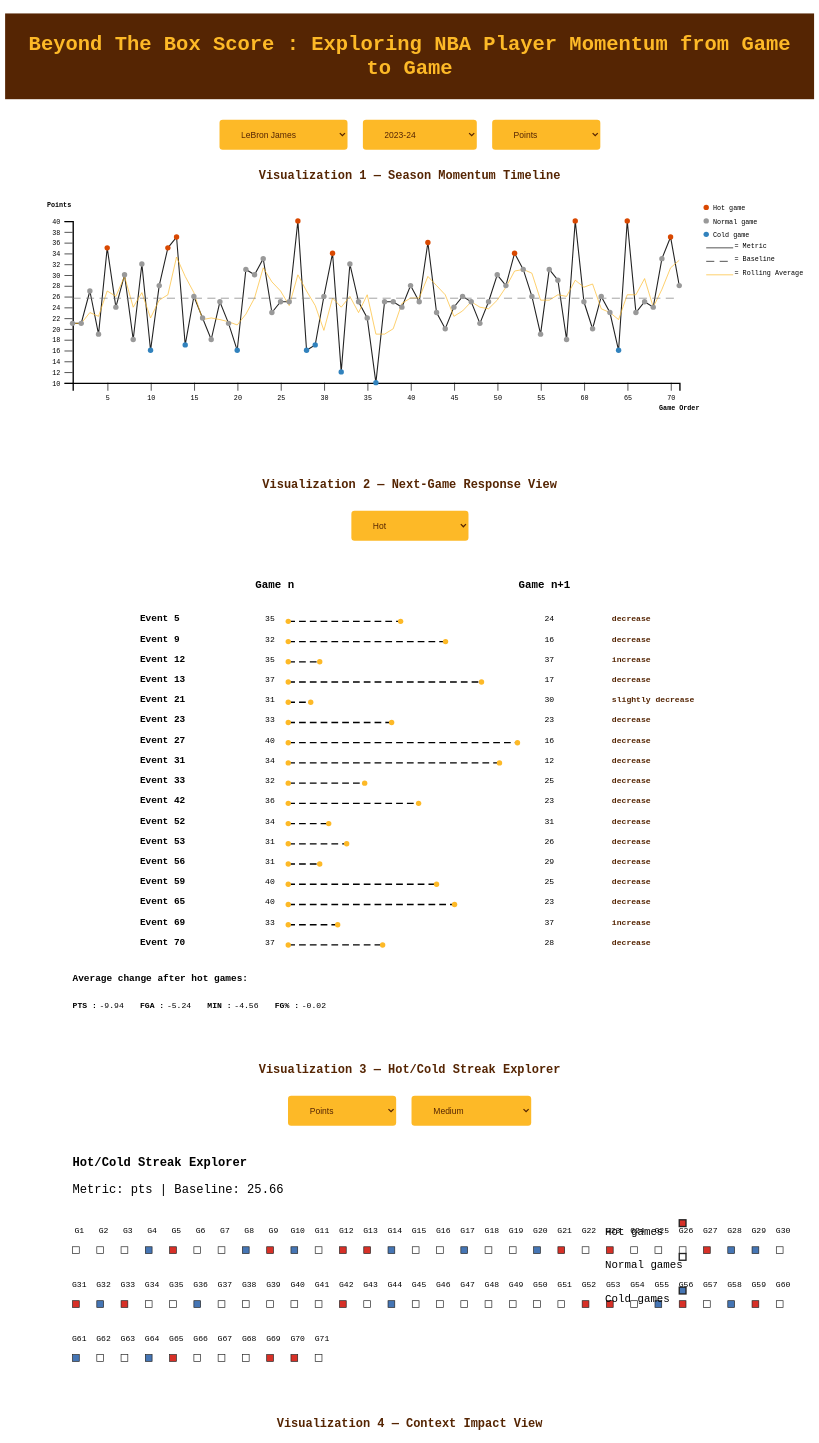
Repository: houdafatih/Data-Viz-Project
Page: index.html
An editor plug-in stored every save of this project. The page is shown before and after the next save, followed by the edit.
The browser window is 1280 px wide. The pictures show the whole page, at 64% of full size.

Above is the page before, as saved 2026-06-21 02:58:21.

### index.html
<!DOCTYPE html>
<html>
   <head>
    <meta charset="UTF-8"/>
    <title>Beyond The Box Score</title>
    <link rel="stylesheet" href="style.css" >
  </head>
  <body>
     <h1>Beyond The Box Score : Exploring NBA Player Momentum from Game to Game</h1>

     <div class="selection">
        <select id="playerSelect">
            <option selected disabled>Select a Player</option>
        </select>

        <select id="seasonSelect">
            <option selected disabled>Select a Season</option>
        </select>

        <select id="metricSelect">
            <option selected disabled>Select a metric</option>
            <option value="pts">Points</option>
            <option value="fga">FGA</option>
            <option value="min">Minutes</option>
            <option value="fg_pct">FG%</option>
            <option value="plus_minus">Plus/Minus</option>
        </select>
     </div>

     <h3>Visualization 1 — Season Momentum Timeline</h3>
     <div id="vizual1"></div>

     <h3>Visualization 2 — Next-Game Response View</h3>
     <div class="selection">
        <select id="performanceSelect">
            <option selected disabled>Select event type</option>
            <option value="all">All</option>
            <option value="hot">Hot</option>
            <option value="cold">Cold</option>
            <option value="normal">Normal</option>
        </select>
     </div>
     <div id="vizual2"></div>

     <h3>Visualization 3 — Hot/Cold Streak Explorer</h3>
     <div class="selection">
        <select id="metricSelectV3">
            <option selected disabled>Select a metric</option>
            <option value="pts">Points</option>
            <option value="fga">FGA</option>
            <option value="min">Minutes</option>
            <option value="fg_pct">FG%</option>
            <option value="plus_minus">Plus/Minus</option>
        </select>
        <select id="thresholdSelect">
        <option selected disabled>Select a threshold</option>
            <option value="loose">Loose</option>
            <option value="medium">Medium</option>
            <option value="strict">Strict</option>
        </select>
     </div>
     <div id="vizual3"></div>


     <h3>Visualization 4 — Context Impact View</h3>
     <div id="vizual4"></div>

  </body>
  <script src="https://d3js.org/d3.v7.min.js"></script>
  <script type="module" src="index.js"></script>
</html>

### style.css
body{
    padding: 0px;
}
h1{
  text-align: center;
  font-size: 2rem;
  font-family: "Courier New", Courier, monospace;
  color : #fdb927;
  background-color: #552503;
  padding: 30px;

}
.selection{
    text-align: center;
}
select{
    margin: 10px;
    padding: 15px 30px;
    border-radius: 5px;
    border: none;
    background: #fdb927;
    color:#552503;

}
select option:hover{
    background-color: #fdb927;
}



h3{
    color: #552503;
    font-family: "Courier New", Courier, monospace;
    text-align: center;
}
.tick{
    font-size: 5px;
}
line{
    stroke-width: 0.5px;
}
.label{
    color: #552503;
    font-family: "Courier New", Courier, monospace;
    font-weight: bold;
}

.tooltip{
    position: fixed;
    background: wheat;
    border: 1px solid #ccc;
    padding: 10px;
    font-size: 15px;
    opacity: 0;
    pointer-events: none;

}
text{
    font-family: "Courier New", Courier, monospace;
}
.tooltip2{
    position: fixed;
    background: #fdb927;
    border: 1px solid #ccc;
    padding: 10px;
    font-size: 15px;
    visibility: hidden;
    pointer-events: none;
}
.line2{
    stroke-width: 1px;
}

### index.js
import {playersData,seasonData} from "./scripts/utils.js";
import { drawVisualization1 } from "./scripts/visualization1.js";
import { drawVisualization2 } from "./scripts/visualization2.js";
import { drawVisualization3 } from "./scripts/visualization3.js";

d3.csv("data/nba.csv").then(function(data){

   data.forEach(element => {
        element.player_id = +element.player_id
        element.game_index = +element.game_index
        element.pts = +element.pts
        element.fga = +element.fga
        element.min = +element.min
        element.fg_pct = +element.fg_pct
        element.plus_minus = +element.plus_minus
        element.next_pts = +element.next_pts
        element.next_fga = +element.next_fga
        element.next_min = +element.next_min
        element.next_fg_pct = +element.next_fg_pct
        element.rolling_pts_avg_3 = +element.rolling_pts_avg_3
        element.baseline_pts = +element.baseline_pts
        element.pts_diff_from_baseline = +element.pts_diff_from_baseline
        element.streak_length = +element.streak_length
   });

   playersData(data)
   seasonData(data)

   const nba_data = data

   d3.select("#playerSelect").property("value",nba_data[0].player_name)

   d3.select("#seasonSelect").property("value",nba_data[0].season_year)

   d3.select("#metricSelect").property("value","pts")

   d3.select("#performanceSelect").property("value","hot")

   d3.select("#metricSelectV3").property("value","pts")

   d3.select("#thresholdSelect").property("value","medium")

   updateVisualizations(nba_data)


   d3.select("#playerSelect").on("change",() => updateVisualizations(nba_data))
   d3.select("#seasonSelect").on("change",() => updateVisualizations(nba_data))
   d3.select("#metricSelect").on("change",() => updateVisualizations(nba_data))
   d3.select("#performanceSelect").on("change",() => updateVisualizations(nba_data))
   d3.select("#metricSelectV3").on("change",() => updateVisualizations(nba_data))
   d3.select("#thresholdSelect").on("change",() => updateVisualizations(nba_data))

})

function updateVisualizations(nba_data){
    const player = d3.select("#playerSelect").property("value")
    const season = d3.select("#seasonSelect").property("value")
    const metric = d3.select("#metricSelect").property("value")

    const eventT = d3.select("#performanceSelect").property("value")

    const metricv3 = d3.select("#metricSelectV3").property("value")
    const threshold =d3.select("#thresholdSelect").property("value")

    if(player === "Select a Player" || season === "Select a Season" || metric === "Select a metric"){
        return
    }

    let data_filter = nba_data.filter(d => d.player_name === player && d.season_year == season)
    drawVisualization1(data_filter,"#vizual1",metric)

    if(eventT === "Select event type"){
        return
    }
    drawVisualization2(data_filter,"#vizual2",metric,eventT)

    if(metricv3 === "Select a metric" || threshold === "Select a threshold"){
        return
    }
    drawVisualization3(data_filter,"#vizual3",metricv3,threshold)
}

### scripts/utils.js
export function playersData(data){
    const players_list = [...new Set(data.map(dt => dt.player_name))]

    d3.select("#playerSelect").selectAll(".players-options").data(players_list)
    .enter().append("option").attr("class","players-options").attr("value",dt=>dt).text(dt => dt)
}

export function seasonData(data){
    const seasons_list = [...new Set(data.map(dt => dt.season_year))]
    d3.select("#seasonSelect").selectAll(".seasons-options").data(seasons_list)
    .enter().append("option").attr("class","seasons-options").attr("value",dt=>dt).text(dt => dt)
}

### scripts/visualization1.js
export function drawVisualization1(data,id,metric){
     if(data.length === 0) {
        clearCanvas(id)
        return
    }
     const canvas = createCanvas()

     clearCanvas(id)

     const svg = addSvg(id,canvas)
     const sc = addScales(data,canvas,metric)

     addAxes(svg,sc,canvas)
     addMetricLine(svg,sc,data,metric)
     addAverageLine(svg,sc,data,metric)
     addBaselineLine(svg,sc,data,metric)
     addPoints(svg,sc,data,metric)
     addLabels(svg,canvas,metric)

     addLegends(svg,canvas)
}

function createCanvas(){
    return{
        width : 600, height: 200, margin:{top: 20,right:100, bottom:60, left:50}
    }
}

function clearCanvas(id){
    d3.select(id).html("")
}

function addSvg(id,canvas){
    return d3.select(id).append("svg").attr("viewBox",`0 0 ${canvas.width} ${canvas.height}`)
}

function addScales(data,canvas,metric){
    const xScale =
    d3.scaleLinear().domain(d3.extent(data,dt => dt.game_index))
    .range([canvas.margin.left,canvas.width - canvas.margin.right])

    const yScale =
      d3.scaleLinear().domain([d3.min(data,d => d[metric]),d3.max(data,d => d[metric])])
      .nice().range([canvas.height - canvas.margin.bottom,canvas.margin.top])

    return {xScale,yScale}
}

function addAxes(svg, scales, canvas){
    svg.append("g").attr("transform",`translate(0, ${canvas.height - canvas.margin.bottom})`)
    .call(d3.axisBottom(scales.xScale))

    svg.append("g").attr("transform",`translate(${canvas.margin.left},0)`)
    .call(d3.axisLeft(scales.yScale))
}

function addMetricLine(svg,scales,data,metric){
    let line = d3.line().x(d => scales.xScale(d.game_index)).y(d => scales.yScale(d[metric]))

    svg.append("path").datum(data).attr("fill","none").attr("stroke","#222")
     .attr("stroke-width",0.8).attr("d",line)
}

function addAverageLine(svg,scales,data,metric){
    if(metric != "pts") return
    let avg_line = d3.line().x(d => scales.xScale(d.game_index)).y(d => scales.yScale(d.rolling_pts_avg_3))

    svg.append("path").datum(data).attr("fill","none").attr("stroke","#fdb927")
     .attr("stroke-width",0.5).attr("d",avg_line)
}

function addBaselineLine(svg,scales,data,metric){

    let base_line = d3.mean(data,d => d[metric])


    svg.append("line")
    .attr("x1",scales.xScale(d3.min(data,dt => dt.game_index))).attr("x2",scales.xScale(d3.max(data,dt => dt.game_index)))
    .attr("y1",scales.yScale(base_line)).attr("y2",scales.yScale(base_line))
    .attr("stroke","#777").attr("stroke-dasharray","6 4")
}

function addPoints(svg,scales,data,metric){
    const tooltip = toolTip()

    svg.selectAll("circle").data(data).enter()
     .append("circle").attr("class","game-pt")
     .attr("cx", d => scales.xScale(d.game_index))
     .attr("cy",d => scales.yScale(d[metric]))
     .attr("r",2).attr("fill",d => colorPoint(d.performance_label))
     .on("mouseover",function(event,d){
        d3.select(this).attr("r",3)
        tooltip.style("opacity",1).html(tooltipInformations(d))
     })
     .on("mousemove",function(event){
        tooltip.style("left",event.clientX+15+"px")
          .style("top",event.clientY-20+"px")
     })
     .on("mouseout",function(){
        d3.select(this)
        .attr("r",2)
        tooltip.style("opacity",0)
     })
     //.on("click",function(event,d){
       // highlightGameandNextGame(svg,data,d)
    // })



}

function colorPoint(perf){
    if(perf === "hot") return "#d94801"
    if(perf === "cold") return "#3182bd"
    return "#999"
}

function addLabels(svg,canvas,metric){
    svg.append("text").attr("class","label")
    .attr("x",canvas.width - 100).attr("y",canvas.height-40)
    .attr("text-anchor","middle").attr("font-size","5px")
    .text("Game Order")

    svg.append("text").attr("class","label")
    .attr("x",40).attr("y",10)
    .attr("text-anchor","middle").attr("font-size","5px")
    .text(metricName(metric))
}

function metricName(metric){
    if(metric === "pts") return "Points"
    if(metric === "fga") return "Field Goal Attempts"
    if(metric === "min") return "Minutes"
    if(metric === "fg_pct") return "Field Goal Percentage"
    if(metric === "plus_minus") return "Plus / Minus"
}

function addLegends(svg,canvas){
    const lg = svg.append("g").attr("transform",
        `translate(${canvas.width - canvas.margin.right+20},${canvas.margin.top-10})`)


    lg.append("circle").attr("cx",0).attr("cy",0).attr("r",2).attr("fill","#d94801")
    lg.append("text").attr("x",5).attr("y",2).text("Hot game").attr("font-size","5px")

    lg.append("circle").attr("cx",0).attr("cy",10).attr("r",2).attr("fill","#999")
    lg.append("text").attr("x",5).attr("y",12).text("Normal game").attr("font-size","5px")

    lg.append("circle").attr("cx",0).attr("cy",20).attr("r",2).attr("fill","#3182bd")
    lg.append("text").attr("x",5).attr("y",22).text("Cold game").attr("font-size","5px")


    lg.append("line").attr("x1",0).attr("x2",20).attr("y1",30).attr("y2",30)
    .attr("stroke","black").attr("stroke-width",2)
    lg.append("text").attr("x",21).attr("y",30).text(" = Metric").attr("font-size","5px")

    lg.append("line").attr("x1",0).attr("x2",20).attr("y1",40).attr("y2",40)
    .attr("stroke","black").attr("stroke-dasharray","6 4")
    lg.append("text").attr("x",21).attr("y",40).text(" = Baseline").attr("font-size","5px")

    lg.append("line").attr("x1",0).attr("x2",20).attr("y1",50).attr("y2",50)
    .attr("stroke-width",2).attr("stroke","#fdb927")
    lg.append("text").attr("x",21).attr("y",50).text(" = Rolling Average").attr("font-size","5px")
}

function toolTip(){
    let tooltip = d3.select("body").select(".tooltip")
    if(tooltip.empty()){
        tooltip = d3.select("body").append("div").attr("class","tooltip")
    }

    return tooltip
}

function tooltipInformations(data){
    return `<strong> Game ${data.game_index} </strong><br>
            Date : ${data.game_date}<br>
            Home/Away : ${data.home_away}<br>
            Points : ${data.pts}<br>
            Minutes : ${data.min}<br>
            FGA : ${data.fga}<br>
            Next Game Points : ${data.next_pts}<br>`
}

function highlightGameandNextGame(svg,data,selected){
    const nextG = data.find(d => d.game_index === selected.game_index + 1)

    svg.selectAll(".game-point").attr("r",8).attr("stroke","none").attr("opacity",0.4)

    svg.selectAll(".game-point").filter(d => d.game_index === selected.game_index)
    .attr("stroke","black").attr("stroke-width",3).attr("r",5).attr("opacity",1)

    if(nextG){
        svg.selectAll(".game-point").filter(d => d.game_index === nextG.game_index)
       .attr("stroke","#3182bd").attr("stroke-width",3).attr("r",8).attr("opacity",1)
    }
}

### scripts/visualization2.js
export function drawVisualization2(data,id,metric,eventT){
    if(data.length === 0) {
        clearCanvas(id)
        return
    }


     let new_data = createData(data,metric)

     if(eventT !== "all"){
        new_data = new_data.filter(d => performance_filter(d.current_g,data,metric) === eventT)
     }

     const canvas = createCanvas(new_data)

     clearCanvas(id)

     const svg = addSvg(id,canvas)

     draw_Header(svg,200,400)
     draw_Rows(svg,new_data,200,400,canvas.margin,15)
     addSummaryCard(svg,new_data,eventT,canvas)

}
function createCanvas(new_data){
    return{
        width : 600, height: 100 + new_data.length *16 , margin:{top: 20,right:100, bottom:60, left:50}
    }
}

function clearCanvas(id){
    d3.select(id).html("")
}

function addSvg(id,canvas){
    return d3.select(id).append("svg").attr("viewBox",`0 0 ${canvas.width} ${canvas.height}`)
}

function createData(data,metric){
   const new_data = data.slice().sort((a,b) => a.game_index - b.game_index)

   return new_data.slice(0,-1).map((d,j) => {
      const nextG = new_data[j+1]

      return {
        eventN: j+1,
        game_idx : d.game_index,
        nextg_index : nextG.game_index,
        current_v: d[metric],
        next_v : nextG[metric],
        difference : nextG[metric] - d[metric],
        current_g : d,
        next_g : nextG
      }
   })
}

function draw_Header(svg,left,right){
    svg.append("text").attr("x",left).attr("y",30)
    .attr("text-anchor","middle").attr("font-weight","bold").attr("font-size","8px").text("Game n")

    svg.append("text").attr("x",right).attr("y",30)
    .attr("text-anchor","middle").attr("font-weight","bold").attr("font-size","8px").text("Game n+1")

}

function draw_Rows(svg,new_data,left,right,margin,r_height){
    const tooltip = toolTip2(new_data)

    const rows = svg.selectAll(".response-row").data(new_data).enter()
     .append("g").attr("class","response-row")
     .attr("transform",(d,j) => `translate(0,${margin.top+j*r_height})`)

    rows.append("text").attr("x",100).attr("y",35).text(d =>`Event ${d.eventN}` )
     .attr("font-size","7px").attr("font-weight","bold")
    rows.append("text").attr("x",left).attr("y",35).attr("text-anchor","end").text(d => d.current_v).attr("font-size","6px")

    const line_scale = d3.scaleLinear().domain([0,d3.max(new_data, d => Math.abs(d.difference))]).range([20,180])

    rows.append("line").attr("x1",left+10).attr("class","line2")
    .attr("x2",d => { const l= line_scale(Math.abs(d.difference))
        return left+l

    })
    .attr("y1",35).attr("y2",35).attr("stroke","black").attr("stroke-dasharray","5 3")
    .on("mouseover",function(event,d){
        tooltip.style("visibility","visible").html(tooltipInformations2(d))
     })
     .on("mousemove",function(event){
        tooltip.style("left",event.clientX+15+"px")
          .style("top",event.clientY-20+"px")
     })
     .on("mouseout",function(){
        tooltip.style("visibility","hidden")
     })

    rows.append("circle").attr("cx",left+10).attr("cy",35).attr("r",2).attr("fill","#fdb927")
    rows.append("circle").attr("cx",d => { const l= line_scale(Math.abs(d.difference))
        return left+l

    }).attr("cy",35).attr("r",2).attr("fill","#fdb927")

    rows.append("text").attr("x",right).attr("y",35).text(d => d.next_v).attr("font-size","6px")

    rows.append("text").attr("x",right+50).attr("y",35).text(d => difference_label(d.difference))
    .attr("font-size","6px").attr("fill","#552503").attr("font-weight","bold")

}

function difference_label(diff){
    if(diff > 1) return "increase"
    if(diff < -1) return "decrease"
    if(diff < 0) return "slightly decrease"
    if(diff > 0) return "slightly increase"
    return "stable"
}

function performance_filter(d,data,metric){
   const bLine = d3.mean(data,dt => dt[metric])
   const th = Math.abs(bLine) * 0.2
   const dv = d[metric] - bLine

   if(dv > th) return "hot"
   if(dv < -th) return "cold"
   return "normal"
}

function addSummaryCard(svg,new_data,eventT,canvas){

    svg.append("text").attr("x",50).attr("y",canvas.height-50)
    .attr("font-weight","bold").text(`Average change after ${eventT} games:`).attr("font-size","7px")

    const metrics_change = new_data.map(d => {
        const pts = d.current_g["next_pts"] - d.current_g["pts"]
        const fga = d.current_g["next_fga"] - d.current_g["fga"]
        const min = d.current_g["next_min"] - d.current_g["min"]
        const fg_pct = d.current_g["next_fg_pct"] - d.current_g["fg_pct"]

        return {"pts":pts,"fga":fga,"min":min,"fg_pct":fg_pct}
    })

    const means = [
        {"avg":d3.mean(metrics_change,d => d.pts),"name":"PTS"},
        {"avg":d3.mean(metrics_change,d => d.fga),"name":"FGA"},
        {"avg":d3.mean(metrics_change,d => d.min),"name":"MIN"},
        {"avg":d3.mean(metrics_change,d => d.fg_pct),"name":"FG%"}
    ]

    means.forEach((element,i) => {
        let position = canvas.margin.left+i*50
        svg.append("text").attr("x",position).attr("y",canvas.height-30)
        .attr("font-size","6px").attr("font-weight","bold")
        .text(`${element.name} : `)
        svg.append("text").attr("x",position+20).attr("y",canvas.height-30)
        .attr("font-size","6px")
        .text(`${element.avg.toFixed(2)}`)

    });

}

function toolTip2(){
    let tooltip = d3.select("body").select(".tooltip2")
    if(tooltip.empty()){
        tooltip = d3.select("body").append("div").attr("class","tooltip2")
    }

    return tooltip
}

function tooltipInformations2(data){
    console.log(data)
    return `<strong> Game n - Date: ${data.current_g["game_date"]} </strong><br>
            <strong> Game n - Opponent: ${data.current_g["opponent"]} </strong><br>
            <strong> Game n - Points: ${data.current_g["pts"]} </strong><br>
            <strong> Game n+1 - Date: ${data.next_g["game_date"]} </strong><br>
            <strong> Game n+1 - Opponent: ${data.next_g["opponent"]} </strong><br>
            <strong> Game n+1 - Points: ${data.next_g["pts"]} </strong><br>
    `
}

### scripts/visualization3.js

const colors_labels = [
    {lab:"Hot games",color:"#d73027"},
    {lab:"Normal games",color:"#fff"},
    {lab:"Cold games",color:"#4575b4"}
]
export function drawVisualization3(data,id,metric,threshold){
     if(data.length === 0) {
        clearCanvas(id)
        return
    }
     const canvas = createCanvas()

     clearCanvas(id)

     const svg = addSvg(id,canvas)

     const baseline_classif = calculateBaselineAndClassifyGames(data,metric)
     const scale = colorScale()

     addTitle(svg,canvas,baseline_classif.baseline,metric)

     addLablels(svg,baseline_classif.classification,canvas)

     addCells(svg,baseline_classif.classification,canvas,scale)

     addLegends(svg,canvas)

}

function createCanvas(){
    return{
        width : 600, height: 200, margin:{top: 20,right:100, bottom:60, left:50}
    }
}

function clearCanvas(id){
    d3.select(id).html("")
}

function addSvg(id,canvas){
    return d3.select(id).append("svg").attr("viewBox",`0 0 ${canvas.width} ${canvas.height}`)
}

function calculateBaselineAndClassifyGames(data,metric)
{
  const baseline = d3.mean(data,dt=> dt[metric])

  const classification = data.map((d,j)=> {
    let perf_label = ""
    if(d[metric] > baseline + 5){
        perf_label = "hot"
    }else if(d[metric] < baseline - 5){
        perf_label = "cold"
    }
    else perf_label = "normal"

    return {
        ...d,
        g_num : j+1,
        perf_label:perf_label,
        difference : d[metric] - baseline
    }
  })

    return{
        baseline : baseline,
        classification : classification
    }
}

function colorScale(){
    const color_sc = d3.scaleOrdinal()
    .domain(["hot","normal","cold"])
    .range(["#d73027","#fff","#4575b4"])
    return color_sc
}

function addTitle(svg,canvas,baseline,metric){
    svg.append("text").attr("x",canvas.margin.left).attr("y",25).attr("font-size","9px")
    .attr("font-weight","bold").text("Hot/Cold Streak Explorer")

    svg.append("text").attr("x",canvas.margin.left).attr("y",45).attr("font-size","9px")
    .text(`Metric: ${metric} | Baseline: ${baseline.toFixed(2)}`)
}

function addLablels(svg, classification,canvas){
    const num = 30
    svg.selectAll(".game-label").data(classification).enter().append("text").attr("class","game-label")
    .attr("x",(d,j) => canvas.margin.left + (j%num) * 18 + 10 /2).attr("y",(d,j) => 75 + (Math.floor(j/num))*40)
    .attr("text-anchor","middle").attr("font-size","6px").text(d => `G${d.g_num}`)
}

function addCells(svg, classification,canvas,scale){
    const num = 30
    svg.selectAll(".game-cell").data(classification).enter().append("rect").attr("class","game-cell")
    .attr("x",(d,j) => canvas.margin.left + (j%num) * 18).attr("y",(d,j) => 85 + (Math.floor(j/num))*40).attr("width",5).attr("height",5)
    .attr("fill",d => scale(d.perf_label)).attr("stroke","#222").attr("stroke-width",0.5)
}

function addLegends(svg,canvas){
    svg.selectAll(".legend-rec").data(colors_labels).enter().append("rect").attr("class",".legend-rec")
    .attr("x",canvas.width - 100).attr("y",(d,j) => 65 + j * 25)
    .attr("width",5).attr("height",5).attr("fill",d => d.color).attr("stroke","#222")

    svg.selectAll(".legend-tex").data(colors_labels).enter().append("text").attr("class",".legend-tex")
    .attr("x",canvas.width-155).attr("y",(d,j) => 76 + j * 25).attr("font-size","8px").text(d => d.lab)
}

After the next save:
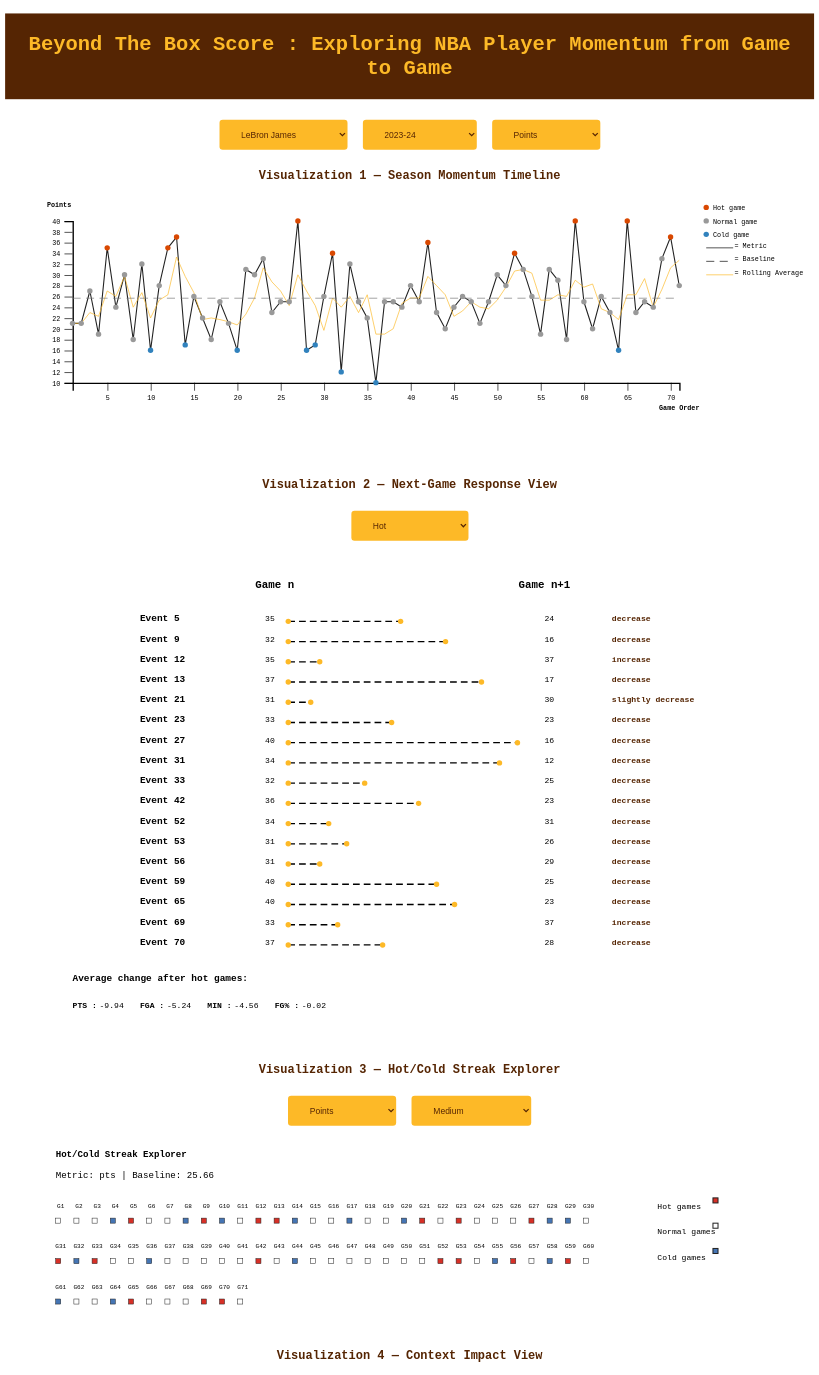
Saved 26 s later.
--- a/scripts/visualization3.js
+++ b/scripts/visualization3.js
@@ -30,7 +30,7 @@
 
 function createCanvas(){
     return{
-        width : 600, height: 200, margin:{top: 20,right:100, bottom:60, left:50}
+        width : 800, height: 200, margin:{top: 20,right:100, bottom:60, left:50}
     }
 }
 
